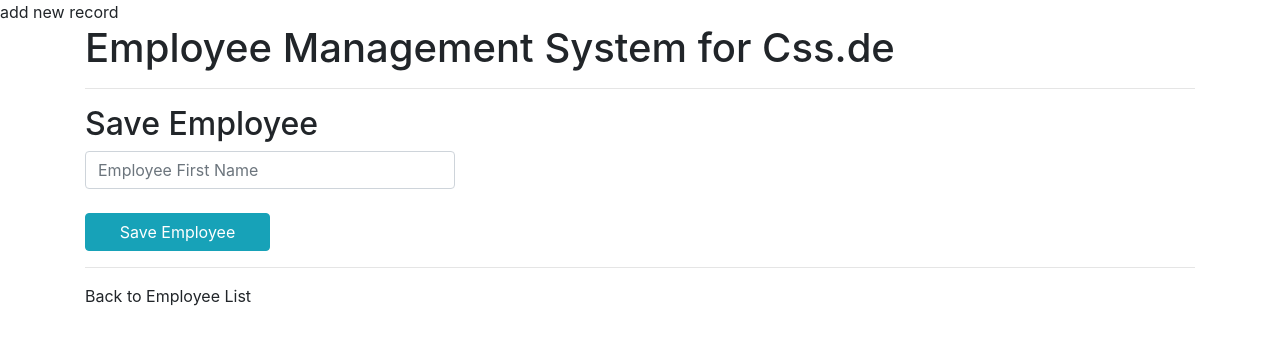
Repository: Len2/Topic4
Page: src/main/resources/templates/newIdCard.html
These files come from the project's save history. The page is drawn as it stood at one moment and after the next save; the edit follows.
The browser window is 1280 px wide. The pictures show the whole page.

Above is the page before, as saved 2020-09-06 15:56:51.

### src/main/resources/templates/newIdCard.html
add new record<!DOCTYPE html>
<html lang="en" xmlns:th="http://www.thymeleaf.org">
<head>
<meta charset="ISO-8859-1">
<title>Employee Management System for Css.de</title>
<link rel="stylesheet"
	href="https://stackpath.bootstrapcdn.com/bootstrap/4.1.3/css/bootstrap.min.css"
	integrity="sha384-MCw98/SFnGE8fJT3GXwEOngsV7Zt27NXFoaoApmYm81iuXoPkFOJwJ8ERdknLPMO"
	crossorigin="anonymous">
</head>
<body>
	<div class="container">
		<h1>Employee Management System for Css.de</h1>
		<hr>
		<h2>Save Employee</h2>

		<form action="#" th:action="@{/saveIdCard}" th:object="${identityCard}"
			method="POST">
			<input type="text" th:field="*{firstName}"
				placeholder="Employee First Name" class="form-control mb-4 col-4">

				<!-- <input type="text" th:field="*{lastName}"
				placeholder="Employee Last Name" class="form-control mb-4 col-4">

				<input type="text" th:field="*{email}"
				placeholder="Employee Email" class="form-control mb-4 col-4">
				 -->
				<button type="submit" class="btn btn-info col-2"> Save Employee</button>
		</form>

		<hr>

		<a th:href = "@{/}"> Back to Employee List</a>
	</div>
</body>
</html>

After the next save:
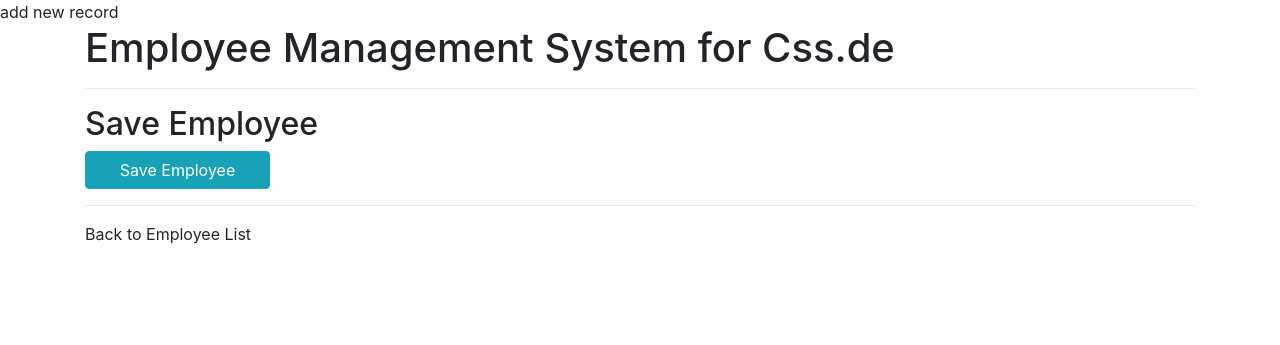
Saved 64 s later.
--- a/src/main/resources/templates/newIdCard.html
+++ b/src/main/resources/templates/newIdCard.html
@@ -16,8 +16,8 @@
 
 		<form action="#" th:action="@{/saveIdCard}" th:object="${identityCard}"
 			method="POST">
-			<input type="text" th:field="*{firstName}"
-				placeholder="Employee First Name" class="form-control mb-4 col-4">
+			<!-- <input type="text" th:field="*{firstName}"
+				placeholder="Employee First Name" class="form-control mb-4 col-4"> -->
 
 				<!-- <input type="text" th:field="*{lastName}"
 				placeholder="Employee Last Name" class="form-control mb-4 col-4">

After the 3 saves that followed:
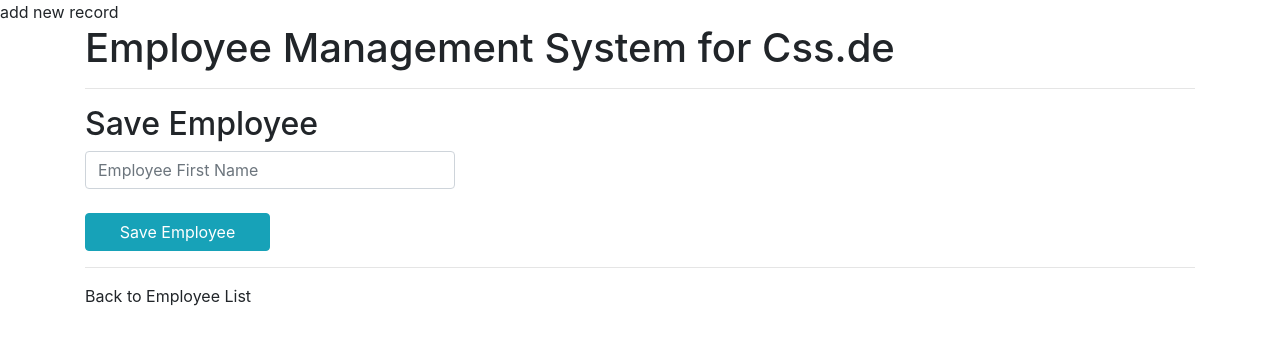
The 3 saves are shown as one change because 1 left the picture as it was and some came seconds apart.
The last was saved 53 s later.
--- a/src/main/resources/templates/newIdCard.html
+++ b/src/main/resources/templates/newIdCard.html
@@ -14,10 +14,10 @@
 		<hr>
 		<h2>Save Employee</h2>
 
-		<form action="#" th:action="@{/saveIdCard}" th:object="${identityCard}"
+		<form action="#" th:action="@{/saveIdCard}" th:object="${employee}"
 			method="POST">
-			<!-- <input type="text" th:field="*{firstName}"
-				placeholder="Employee First Name" class="form-control mb-4 col-4"> -->
+			<input type="text" th:field="*{firstName}"
+				placeholder="Employee First Name" class="form-control mb-4 col-4">
 
 				<!-- <input type="text" th:field="*{lastName}"
 				placeholder="Employee Last Name" class="form-control mb-4 col-4">
